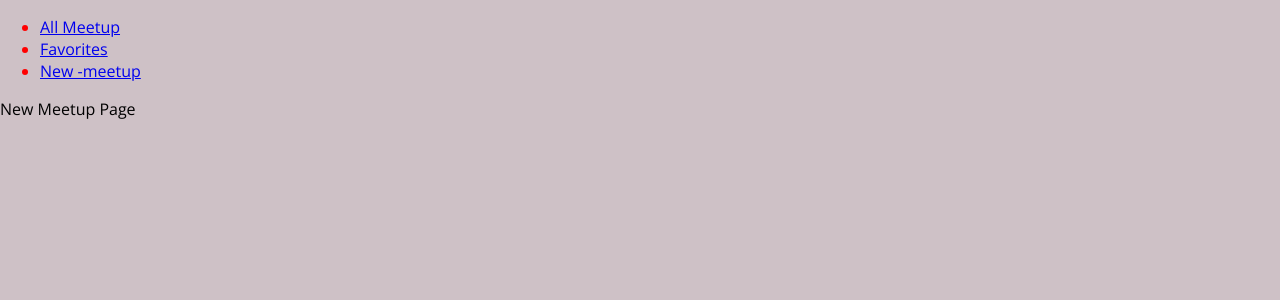
Repository: WaiMaungMaung/second
Page: /new-meetup
These files come from the project's save history. The page is drawn as it stood at one moment and after the next save; the edit follows.
The browser window is 1280 px wide. The pictures show the whole page.
The project was rebuilt for these pictures with package versions that can differ from the ones it lists, and the page was loaded fresh each time. A package was used in the major version that the imports need, not the one package.json lists. Also part of the build but not shown: src/pages/AllMeetups.js. Imported but missing from the stored project, and not drawn on this page: src/components/meetups/MeetupList, src/pages/Favorites.

Above is the page before, as saved 2022-04-19 13:14:36.

### src/index.css
@import url("https://fonts.googleapis.com/css2?family=Open+Sans:wght@400;700&display=swap");

* {
  box-sizing: border-box;
}

body {
  font-family: "Open Sans", sans-serif;
  margin: 0;
  background-color: #cec1c6;
}

h1 {
  font-size: 2.5rem;
  color: #2c292b;
}

h2 {
  font-size: 1.5rem;
  color: #2c292b;
}

### src/App.js
import { Route, Switch } from "react-router-dom";

import AllMeetupsPage from "./pages/AllMeetups";
import NewMeetupPage from "./pages/NewMeetup";
import FavoritesPage from "./pages/Favorites";
import MainNavigation from "./components/layout/MainNavigation";

function App() {
  return (
    <div>
      <MainNavigation />

      <Switch>
        <Route path="/" exact>
          <AllMeetupsPage />
        </Route>
        <Route path="/new-meetup">
          <NewMeetupPage />
        </Route>
        <Route path="/favorites">
          <FavoritesPage />
        </Route>
      </Switch>
    </div>
  );
}

export default App;

### src/pages/NewMeetup.js
function NewMeetupPage() {
  return <div>New Meetup Page</div>;
}
export default NewMeetupPage;

### src/components/layout/MainNavigation.js
import { Link } from "react-router-dom";
import classes from "./MainNavigation.module.css";
function MainNavigation() {
  return (
    <header>
      <div>
        <nav>
          <ul>
            <li>
              <Link to="/">All Meetup</Link>
            </li>
            <li>
              <Link to="/favorites" className="classes.test">
                Favorites
              </Link>
            </li>
            <li>
              <Link to="/new-meetup">New -meetup</Link>
            </li>
          </ul>
        </nav>
      </div>
    </header>
  );
}
export default MainNavigation;

### src/components/layout/MainNavigation.module.css
header {
  color: red;
}

Loaded but not shown: public/index.html (common file); src/index.js (common file)

After the next save:
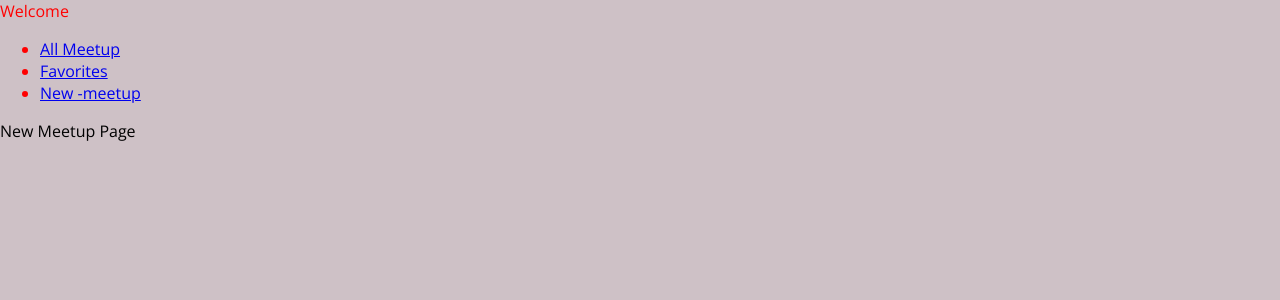
Saved 21 s later.
--- a/src/components/layout/MainNavigation.js
+++ b/src/components/layout/MainNavigation.js
@@ -3,6 +3,7 @@ import classes from "./MainNavigation.module.css";
 function MainNavigation() {
   return (
     <header>
+      Welcome
       <div>
         <nav>
           <ul>
